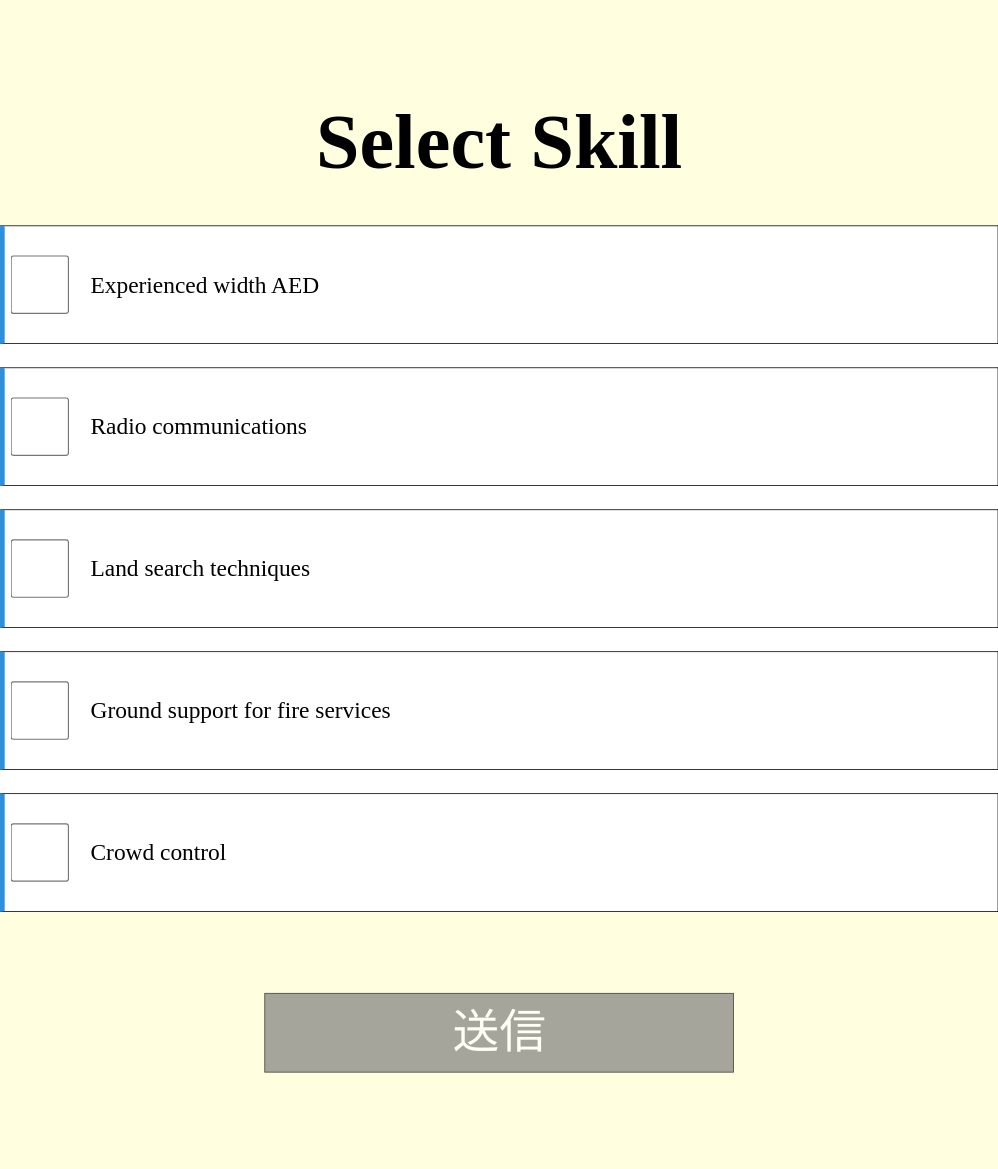
Repository: KittichoteKamalapirat/EMS-management-system
Page: skills.html
The author's editor kept a record of every edit. The page is drawn from the files as they stood at one moment, then again after the next edit.
The browser window is 1280 px wide. The pictures show the whole page, at 78% of full size.
Some web libraries are served in a nearby version.

Above is the page before.

### skills.html
<!DOCTYPE html>
<html>
  <head>
    　<meta charset = "utf-8">
      <link rel="stylesheet" href="/css/index.css" type="text/css" />
      <title>index</title>
      <script src="https://use.fontawesome.com/804afe4c6e.js"></script>
  </head>
  <body>
    <header>
      <div class = "select-skill">Select Skill</div>
    </header>
  <div class="scrollWrap">
  <div class="scrollContent">
    <ul>
      <li><input type="checkbox" class = "check">Experienced width AED</li>
      <li><input type="checkbox" class = "check">Radio communications</li>
      <li><input type="checkbox" class = "check">Land search techniques</li>
      <li><input type="checkbox" class = "check">Ground support for fire services</li>
      <li><input type="checkbox" class = "check">Crowd control</li>
    </ul>
  </div>
</div>


  <a href="/loading">
　  <div id = "decide" >送信</div>
　</a>


</body>

</html>

### public/css/index.css
body {
  background: #FFFFE0;
}

  /* Always set the map height explicitly to define the size of the div
       * element that contains the map. */
      #map {
        height: 100%;
      }
      /* Optional: Makes the sample page fill the window. */
      html, body {
        height: 100%;
        margin: 0;
        padding: 0;
      }


/*modal box*/

.bg-modal {
  width:100%;
  height: 100%;
  background-color: rgba(0, 0, 0, 0.8);
  position: absolute;
  top: 0;
  display: none;
  justify-content: center;
  align-items: center; }


.bg-modal .close {
  position: absolute;
  font-size: 3rem;
　right: 1rem;
  top: 0, 5rem;
  transform: rotate(45deg);
  cursor: pointer; }


.box{
  display: grid¥;
  justify-content: center;
  margin: 0 auto;
  padding: 5rem;
  width: 50%;
  background-color: white;
  position: relative;
 }

 /*html1について*/
.header {
  height: 100px;
  width:100%;
  gackgroud: #E9967A;
}
.splet-boxes {
  margin-top: 350px;
}

.left-box {
  margin-left:5%;
  font-size: 80px;
  float: left;
  width:40%;
  text-align: center;
  height: 600px;
  line-height: 600px;
  cursor: pointer;
}
p {
  font-weight: bold;
  border-radius: 4px;
  border: 2px solid black;
}

.right-box {
  margin-right:5%;
  font-size: 80px;
  float: right;
  width:40%;
  text-align: center;
  height: 600px;
  line-height: 600px;
  cursor: pointer;
}
.left-box p:hover {
  background: #FF0000;
  opacity: 0.7;
}
.right-box p:hover {
  background: #66FF99;
  opacity: 0.7;
}


/*html２について*/
.select-skill {
  font-size: 100px;
  text-align: center;
  font-weight: bold;
  margin-top: 100px;
}
li > input {
  position:relative;
   width: 50px;
   height:50px;
  float: left;
  margin: 50px 40px 0 20px;
  transform:scale(1.5);
}

.scrollWrap {
  width: 100%;
  margin: 0px auto;
  overflow: auto;
}
.scrollContent ul {
  margin-top: 50px;
  list-style: none;
  background: white;
  padding: 0;
  position: relative;
}
.scrollContent ul li {
  margin-bottom: 30px;
  font-size: 30px;
  height: 150px;
  line-height: 150px;
  border:1px solid black;
  border-left: solid 6px #2d8fdd;
  position: relative;
}
.selected {
  background: #FFDDFF;
  opacity: 0.5;
}
/*スクロールバーの幅*/
::-webkit-scrollbar {
    width: 6px;
}
/*スクロールバーのレール*/
::-webkit-scrollbar-track {
  border-radius: 30px;
  background: #eee;
}
/*スクロールバーのつまみ*/
::-webkit-scrollbar-thumb {
  border-radius: 30px;
  background: #81D4FA;
}

a {
  text-decoration: none;
}

#decide {
  margin:50px auto 100px;
  font-size: 60px;
  width: 600px;
  height:100px;
  text-align: center;
  border: 1px solid black;
  display: block;
  color: white;
  background: #808080;
  opacity: 0.7;
　font-size: 70px;
　border-radius: 10px;
　text-align: center;
　line-height: 100px;
}


/*html3について*/
h2 {
  text-align: center;
  font-size: 100px;
}
.loading {
  margin-top: 300px;
}

.icon {
  margin: 0 auto;
  width: 100%;
  text-align: center;
  font-size: 100px;
  transition: .4s;
}
.wait {
  margin-top: 0;
}
.thanks {
  margin: 0 auto;
  width: 100%;
  text-align: center;
  font-size: 100px;
  transition: .4s;
}

.container{
    margin: 0 auto;
    text-align:center;
}
.can {
  margin-top: 300px;
}

#loading{
    margin: 0 auto;
    display: block;
    width: 400px;
}

.go {
  text-decoration: none;
  text-align: center;
  font-size: 50px;
  border:1px solid black;
  border-radius: 5px;
  display: block;
  color:white;
  background: #808080;
  width:600px;
  height: 100px;
  line-height: 100px;
  opacity: 0.7;
}

After the next edit:
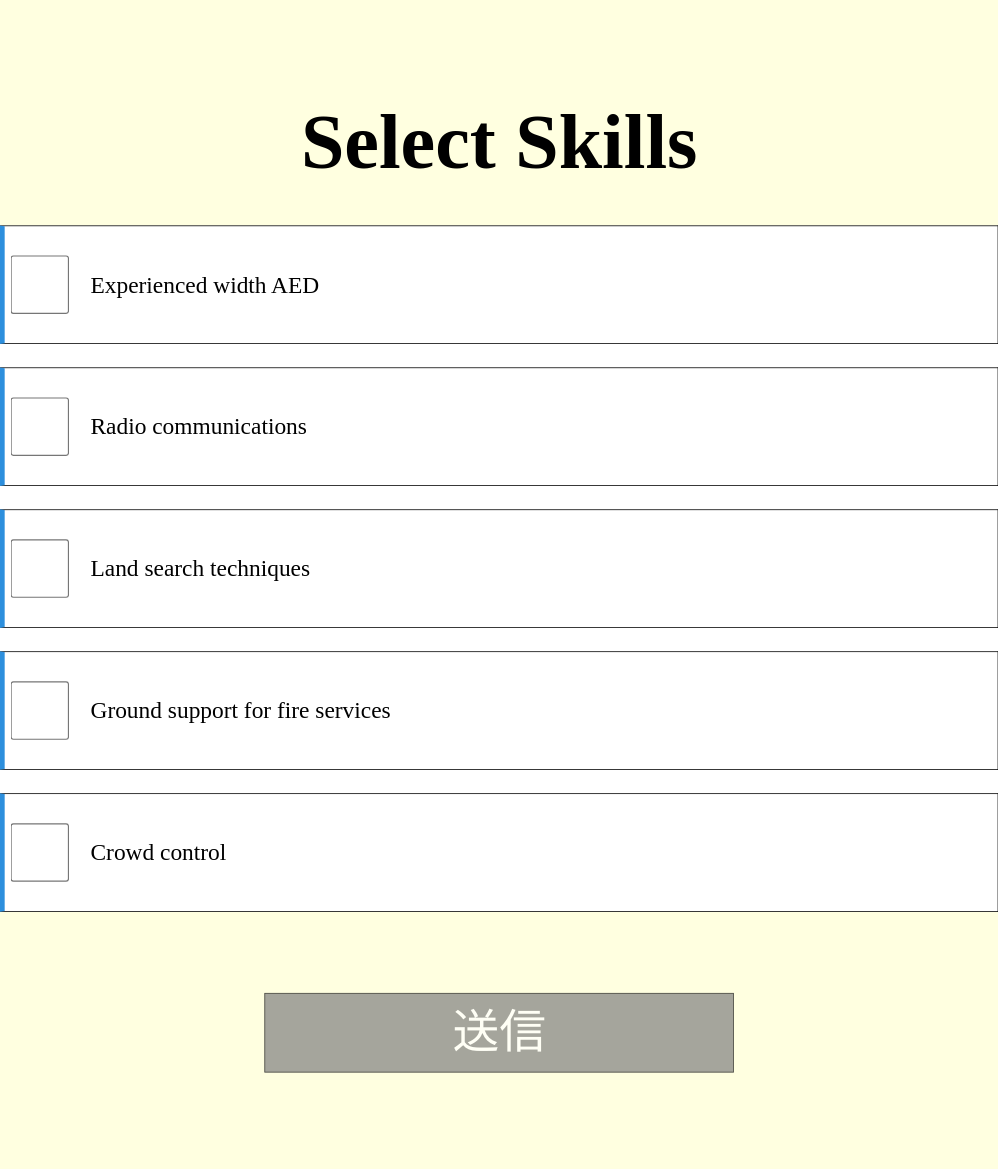
The edit:
--- a/skills.html
+++ b/skills.html
@@ -8,7 +8,7 @@
   </head>
   <body>
     <header>
-      <div class = "select-skill">Select Skill</div>
+      <div class = "select-skill">Select Skills</div>
     </header>
   <div class="scrollWrap">
   <div class="scrollContent">
